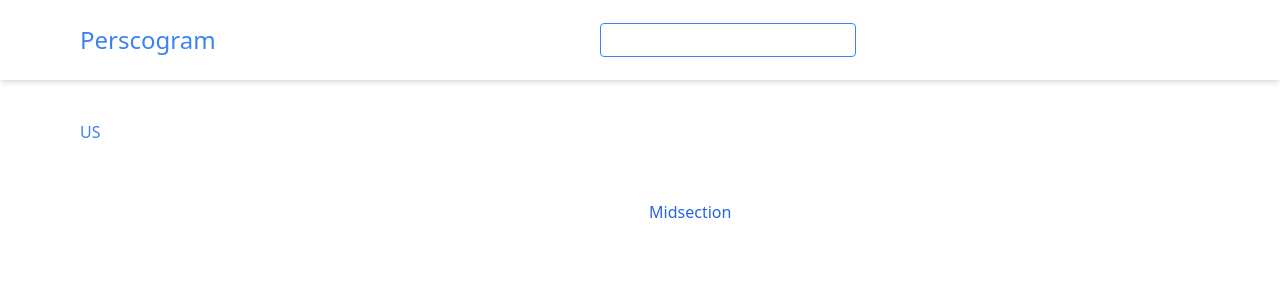
Repository: brandford7/perscogram
Page: /
These files come from the project's save history. The page is drawn as it stood at one moment and after the next save; the edit follows.
The browser window is 1280 px wide. The pictures show the whole page.
The project was rebuilt for these pictures with package versions that can differ from the ones it lists, and the page was loaded fresh each time. The framework's server and built-in components were replaced by stand-ins that run in the browser. Also part of the build but not shown: next.config.js.

Above is the page before, as saved 2022-12-15 22:34:54.

### pages/index.js
import Head from "next/head";
import { Header, Midsection, Sidebar } from "../components";

export default function Home() {
  return (
    <>
      <Head>
        <title>Perscogram</title>
        <meta name="description" content="Generated by create next app" />
        <meta name="viewport" content="width=device-width, initial-scale=1" />
        <link rel="icon" href="/favicon.ico" />
      </Head>

      <div className=" w-screen h-screen text-black ">
        <header>
          <Header />
        </header>
        <section className="flex mt-10 ">
          <aside>
            <Sidebar />
          </aside>
          <main className="flex  mx-auto">
            <Midsection />
          </main>
        </section>
      </div>
    </>
  );
}

### styles/globals.css
@tailwind base;
@tailwind components;
@tailwind utilities;

* {
  box-sizing: border-box;
  padding: 0;
  margin: 0;
}

html,
body {
  max-width: 100vw;
  overflow-x: hidden;
}

body {
  color: rbg(--foreground-rgb);
  background: linear-gradient(
      to bottom,
      transparent,
      rgb(var(--background-end-rgb))
    )
    rgb(var(--background-start-rgb));
}

a {
  color: inherit;
  text-decoration: none;
}

@media (prefers-color-scheme: dark) {
  html {
    color-scheme: dark;
  }
}

### components/index.js
export { default as Midsection } from './Midsection'
export { default as Sidebar } from './Sidebar'
export { default as Header } from './Header'
export { default as Searchbar } from './Searchbar'

### components/Midsection.jsx
import React from 'react'

const Midsection = () => {
  return (
    <div className= 'mt-20 text-blue-600'>Midsection</div>
  )
}

export default Midsection

### components/Sidebar.jsx
import React from "react";

const Sidebar = () => {
  return <div className="ml-20 text-blue-500">US</div>;
};

export default Sidebar;

### components/Header.jsx
import React from "react";
import Searchbar from "./Searchbar";

const Header = () => {
  return (
    <div className="flex items-center h-20  shadow-md">
          <h1 className="text-blue-500 text-2xl ml-20">Perscogram</h1>
          <Searchbar/>
    </div>
  );
};

export default Header;

### components/Searchbar.jsx
import React from "react";

const Searchbar = () => {
  return (
    <div className="ml-96">
      <input className="border border-blue-500 rounded w-64 p-1" type="text" />
    </div>
  );
};

export default Searchbar;

Loaded but not shown: pages/_app.js (common file); pages/_document.js (common file); tailwind.config.js (common file)

After the next save:
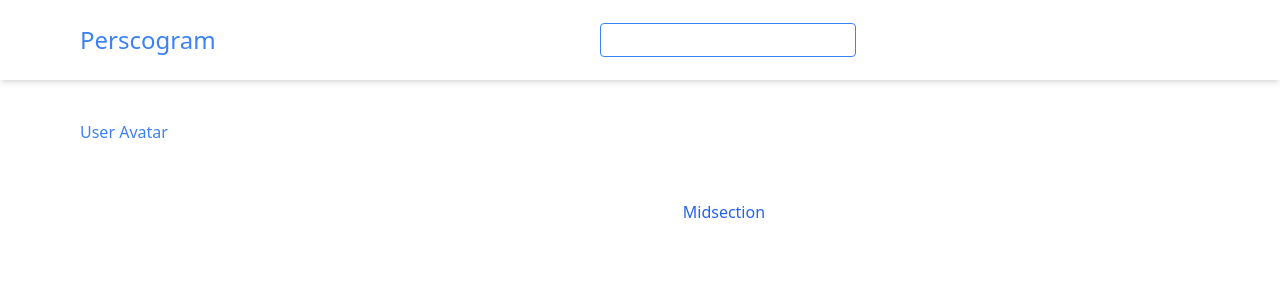
Saved 6 s later.
--- a/components/Sidebar.jsx
+++ b/components/Sidebar.jsx
@@ -1,7 +1,7 @@
 import React from "react";
 
 const Sidebar = () => {
-  return <div className="ml-20 text-blue-500">US</div>;
+  return <div className="ml-20 text-blue-500">User Avatar </div>;
 };
 
 export default Sidebar;
